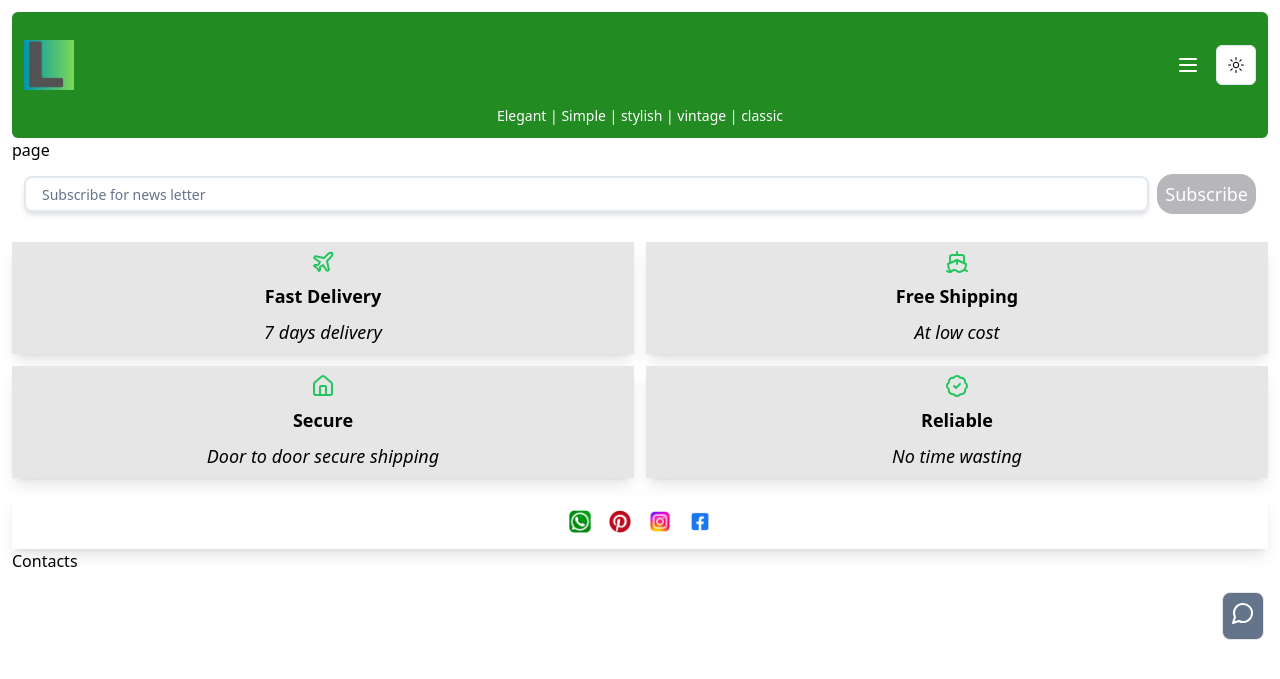
Repository: Semanmernstack/bisi-abejide
Page: /bb
An editor plug-in stored every save of this project. The page is shown before and after the next save, followed by the edit.
The browser window is 1280 px wide. The pictures show the whole page.
The project was rebuilt for these pictures with package versions that can differ from the ones it lists, and the page was loaded fresh each time. The framework's server and built-in components were replaced by stand-ins that run in the browser. Also part of the build but not shown: next.config.mjs.

Above is the page before, as saved 2024-04-19 00:33:09.

After the next save:
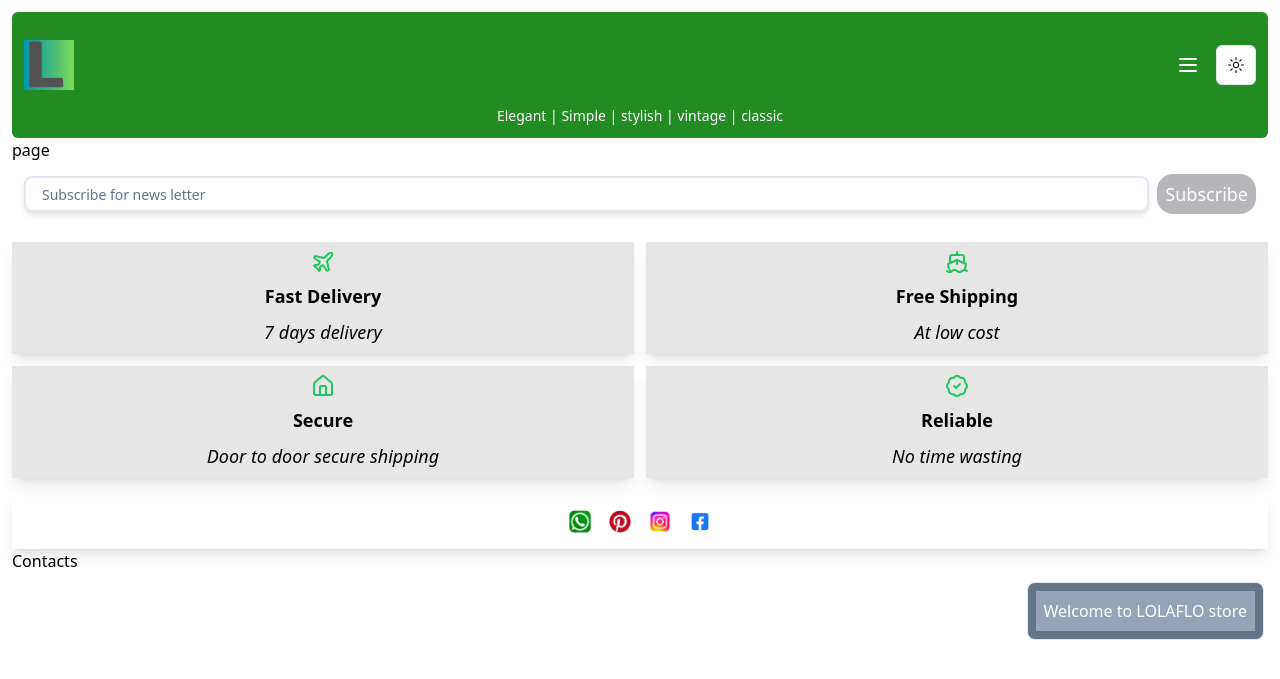
Saved 5 min 19 s later.
--- a/components/Ai.tsx
+++ b/components/Ai.tsx
@@ -24,10 +24,10 @@ function Ai() {
 
   return (
 
-    <div className=''>
-      <Popover >
-        <PopoverTrigger><MessageCircleIcon/></PopoverTrigger>
-        <PopoverContent className=' text-green-600 mx-auto h-full bg-slate-200 max-w-2xl'> Welcome to LOLAFLO store</PopoverContent>
+    <div className='p-2 max-w-2xl bg-slate-400 mx-auto h-full'>
+      <Popover  >
+        <PopoverTrigger>Welcome to LOLAFLO store</PopoverTrigger>
+
       </Popover>
 
 
